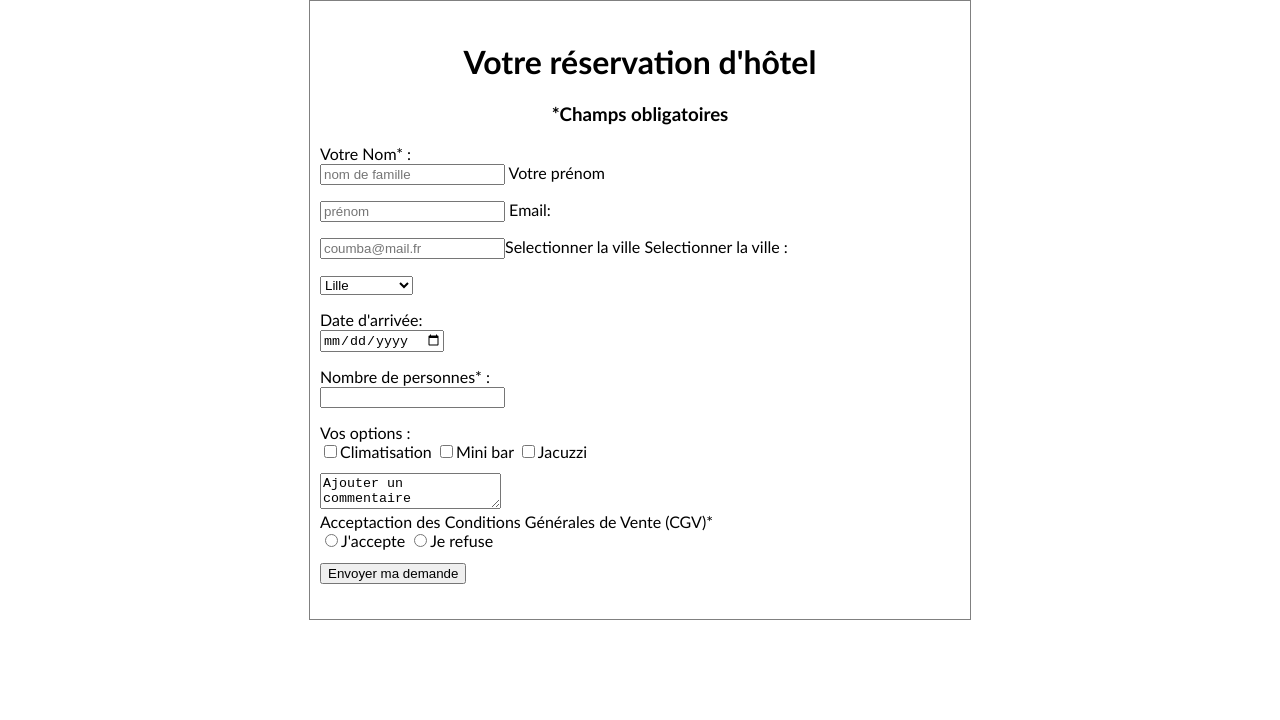
Repository: Coumba25040/coumbaProjet
Page: Env/index.html
The author's editor kept a copy of each file at every save. The page is drawn from the files as they stood at one save, then again after the next save.
The browser window is 1280 px wide. The pictures show the whole page.

Above is the page before, as saved 2024-10-15 07:35:20.

After the next save:
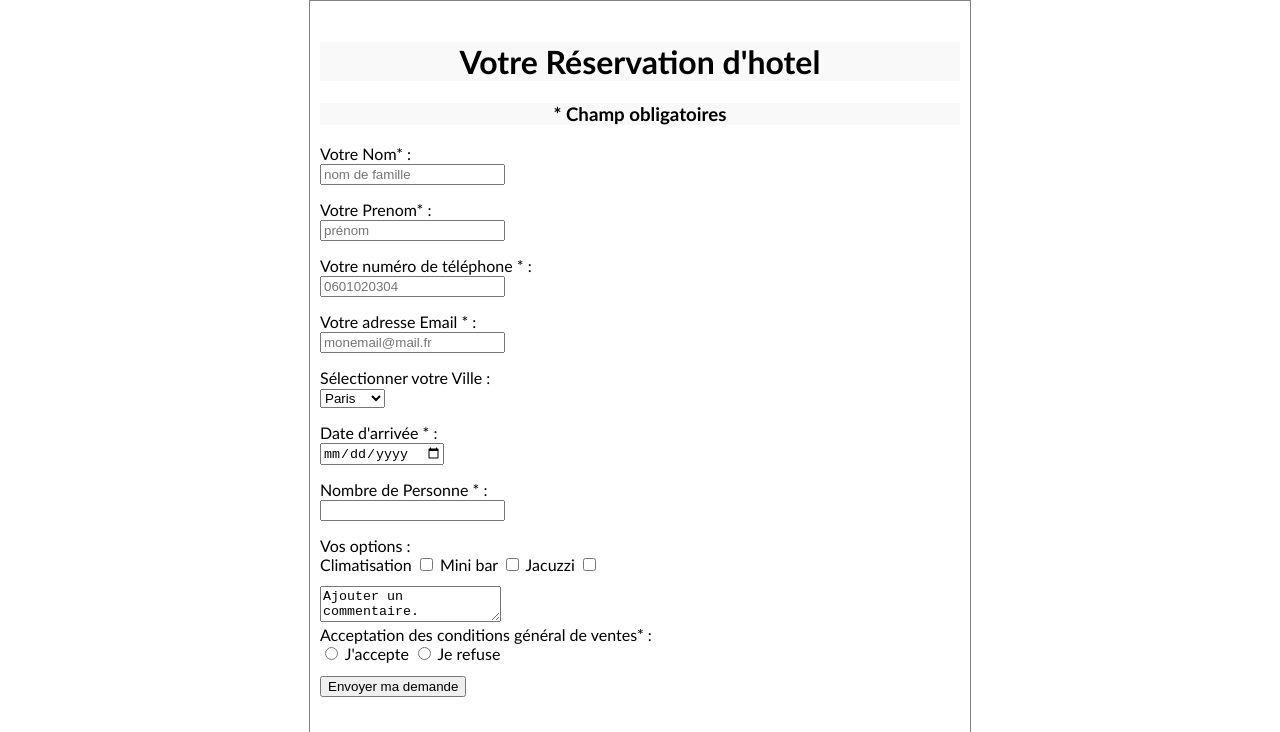
Saved 26 min 31 s later.
--- a/Env/index.html
+++ b/Env/index.html
@@ -18,7 +18,7 @@
 
         h1,
         h3 {
-            background: white;
+            background: rgb(249, 249, 249);
             text-align: center;
         }
 
@@ -32,58 +32,55 @@
 
 <body> <!-- corps de la page début du contenu qui sera affiché -->
 
-    <h1>Votre réservation d'hôtel </h1> <!-- Titre de niveau 1 -->
-    <h3>*Champs obligatoires </h3> <!-- Titre de niveau 3 (plus petit) -->
+    <h1> Votre Réservation d'hotel </h1> <!-- Titre de niveau 1 -->
+    <h3> * Champ obligatoires </h3> <!-- Titre de niveau 3 (plus petit) -->
 
     <!-- début du formulaire -->
-    <form id="registration_form" method="POST">
+    <form id="registration_form" method="GET">
         <label>Votre Nom* :</label> <br>
-<input type="text" placeholder="nom de famille">
+        <input type="text" placeholder="nom de famille" required> <br>
 
-<label>Votre prénom</label><br>
-    <input type="text"placeholder="prénom">
+        <label>Votre Prenom* :</label> <br>
+        <input type="text" placeholder="prénom" required><br>
 
-    <label for="Email">Email:<br>
-        <input type="email" placeholder="coumba@mail.fr"
+        <label>Votre numéro de téléphone * :</label> <br>
+        <input type="number" placeholder="0601020304" required> <br>
 
-        <label>Selectionner la ville</label> Selectionner la ville : </label> <br>
+        <label>Votre adresse Email * :</label> <br>
+        <input type="email" placeholder="monemail@mail.fr" required> <br>
 
-        <select id="ville" name="ville">
+        <label>Sélectionner votre Ville : </label> <br>
+        <Select>
+            <option>Lille</option>
+            <option selected >Paris</option>
+            <option>Nantes</option>
+            <option>Lyon</option>
+        </Select> <br>
 
-            <option value="ville">Lille</option>
-            <option value="ville">Paris</option>
-            <option value="ville">Bordeaux</option>
-            <option value="ville">Marseille</option>
-            <option value="ville">Nantes</option>
-            <option value="ville">Lyon</option>
-            <option value="ville">La Rochelle</option>
-            <option value="ville">Poitiers</option>
-            <option value="ville">Toulouse</option>
+        <label>Date d'arrivée * : </label> <br>
+        <input type="date" required><br>
 
-        </select></br>
+        <label>Nombre de Personne * : </label> <br>
+        <input type="number" required><br>
 
-        <label for="date">Date d'arrivée:</label><br>
-        <input type="date"></br>
+        <label>Vos options :  </label> <br>
+        <label> Climatisation </label>
+        <input type="checkbox">
 
+        <label for="option"> Mini bar </label>
+        <input type="checkbox" name="option">
 
-        <label for="nombre de personnes">Nombre de personnes* :<br>
-            <input type="number"name="Nombre" value="option"></label></br>
+        <label> Jacuzzi </label>
+        <input type="checkbox"> <br>
 
+        <textarea>Ajouter un commentaire.</textarea> <br>
+        <label>Acceptation des conditions général de ventes* :</label> <br>
+        <input name="CGV" type="radio" value="oui" required>
+        <label>J'accepte</label>
+        <input  name="CGV" type="radio" value="non">
+        <label>Je refuse</label> <br>
 
-            <label for="Vos option">Vos options :<br>
-            <input type="checkbox"name="option" value="climatisation">Climatisation</label></input>
-            <input type="checkbox"name="option" value="climatisation">Mini bar</label></input>
-            <input type="checkbox"name="option" value="climatisation">Jacuzzi</label></input></br>
-
-
-
-        <textarea name="commentaire" rows="2" cols="20">Ajouter un commentaire</textarea><br>
-
-        <label for="CGV">Acceptaction des Conditions Générales de Vente (CGV)*<br>
-        <input type="radio">J'accepte
-        <input type="radio">Je refuse</label></br>
-
-        <input type="submit" value="Envoyer ma demande">
+        <input type="submit"  name="submit" value="Envoyer ma demande">
 
 
     </form> <!--  fin du formulaire -->
